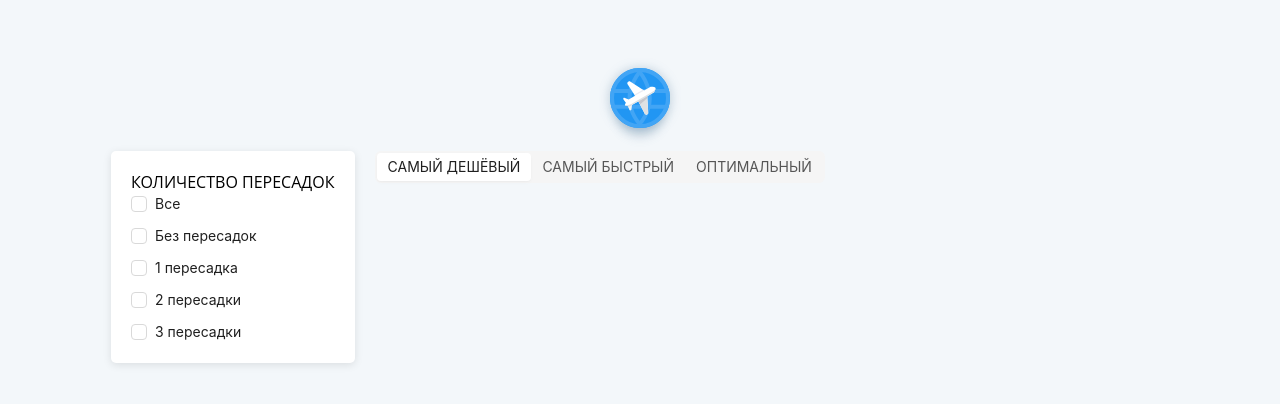
Repository: Dedoxa/aviasalesTickets
Page: /
These files come from the project's save history. The page is drawn as it stood at one moment and after the next save; the edit follows.
The browser window is 1280 px wide. The pictures show the whole page.
The project was rebuilt for these pictures with package versions that can differ from the ones it lists, and the page was loaded fresh each time. Also part of the build but not shown: vite.config.js.

Above is the page before, as saved 2024-10-19 16:26:27.

After the next save:
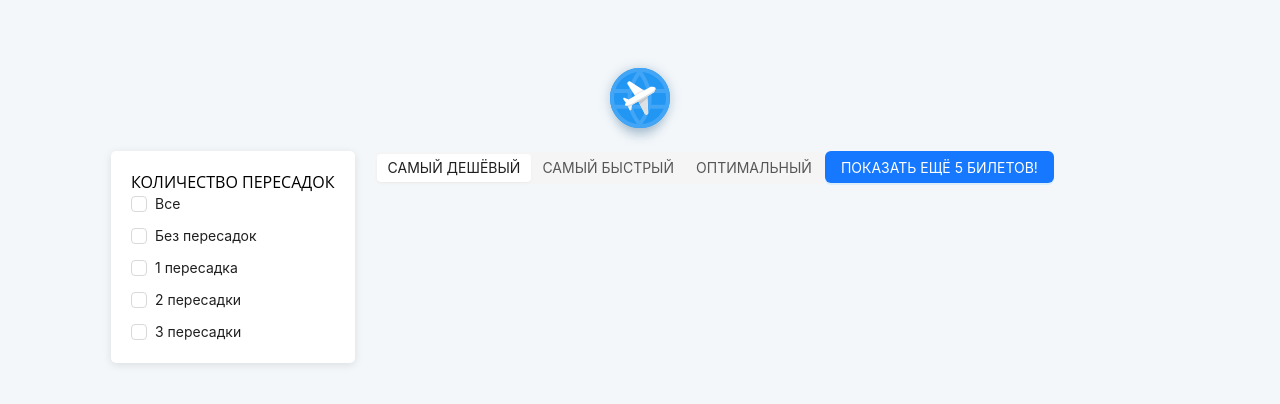
Saved 26 s later.
--- a/src/App.jsx
+++ b/src/App.jsx
@@ -3,6 +3,7 @@
 import TransferFilters from './TransferFilters/TransferFilters.jsx';
 import AppIcon from './AppIcon/AppIcon.jsx';
 import PriceFilters from './PriceFilters/PriceFilters.jsx';
+import ShowMoreButton from './ShowMoreButton/ShowMoreButton.jsx';
 import classes from './App.module.scss';
 
 function App() {
@@ -13,6 +14,7 @@ function App() {
         <TransferFilters />
         <div className={classes.App['priceFiltersAndTicketsContainer']}>
           <PriceFilters />
+          <ShowMoreButton />
         </div>
       </div>
     </main>
